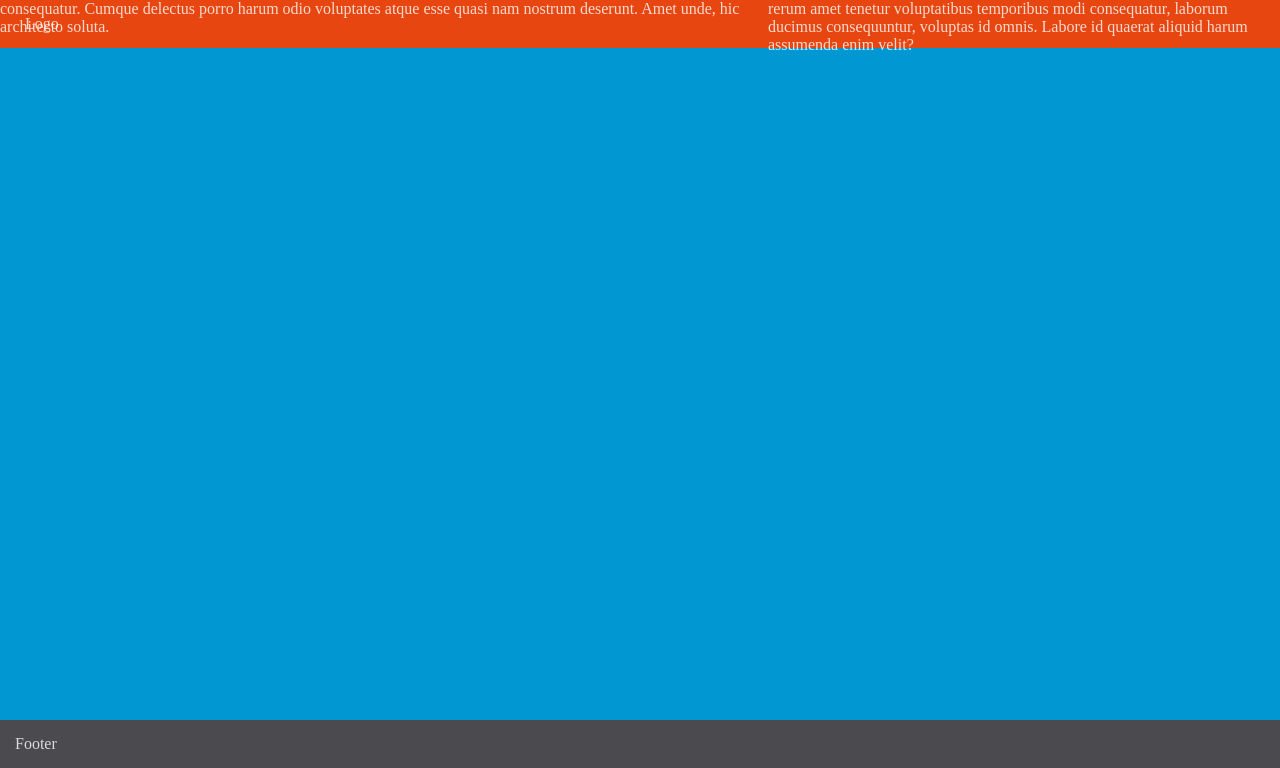
Repository: ElaineArchbold/desktopfirstchallenge
Page: mobilefirst.html
The author's editor kept a record of every edit. The page is drawn from the files as they stood at one moment, then again after the next edit.
The browser window is 1280 px wide. The pictures show the whole page.

Above is the page before.

After the next edit:
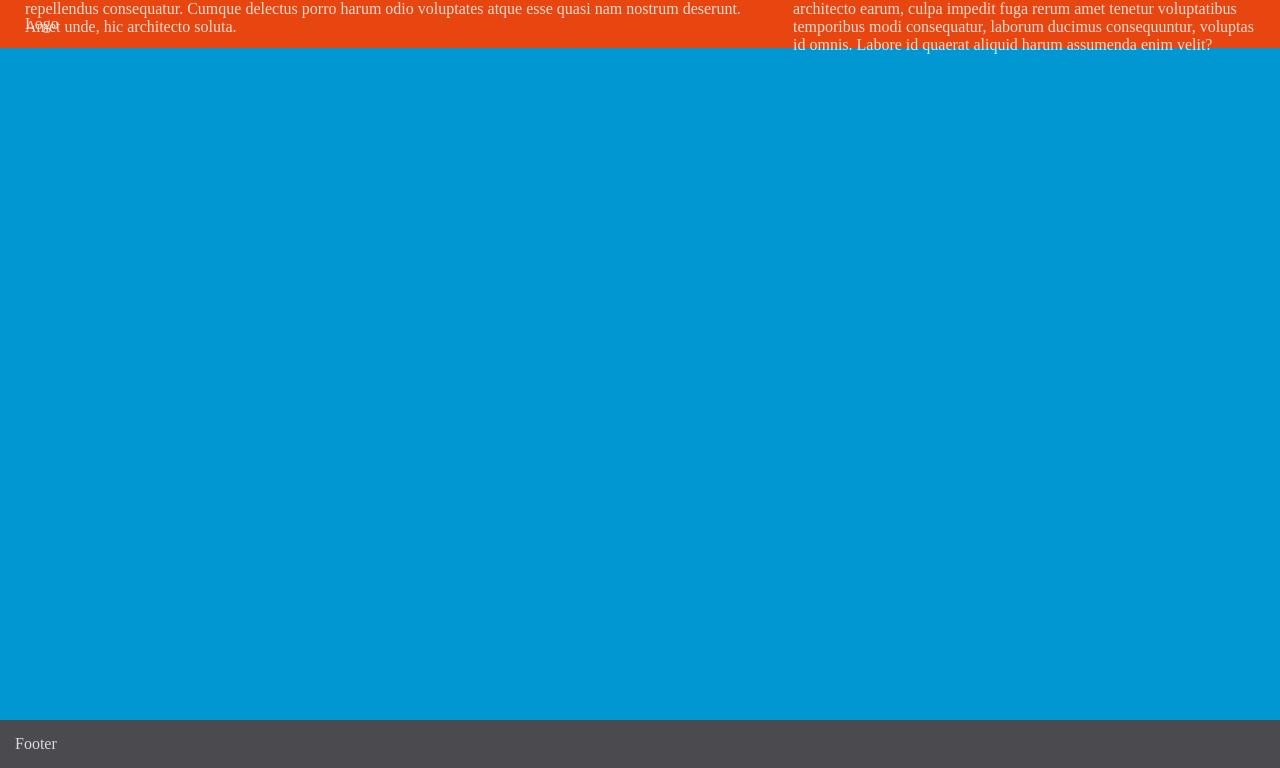
The edit:
--- a/main2.css
+++ b/main2.css
@@ -30,6 +30,7 @@
 
 .section-paragraph {
     font-size: 1em;
+    margin: 25px; /*this is also part of the global styles*/
 }
 
 .footer {
